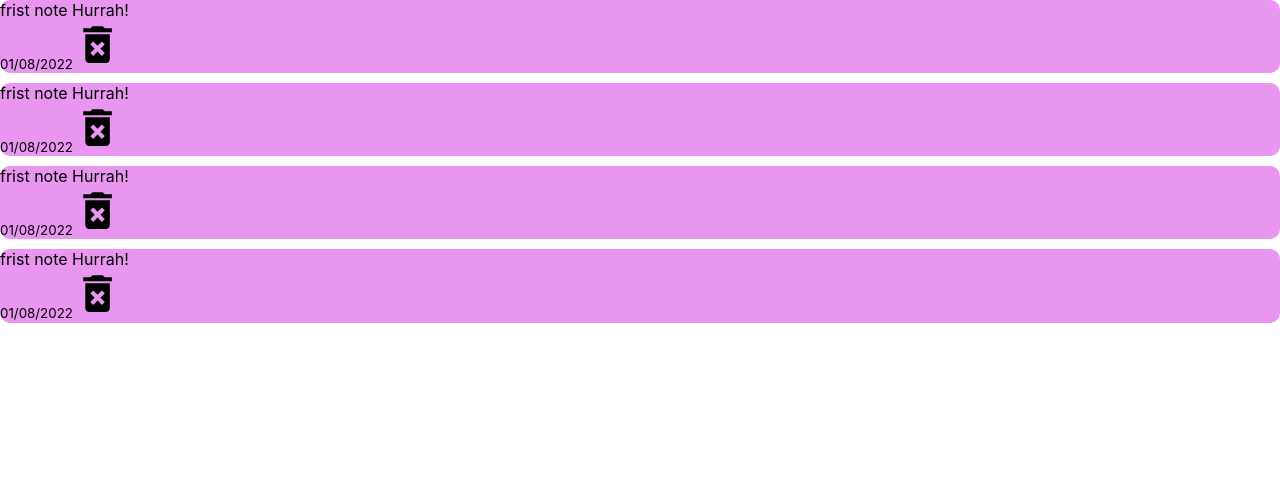
Repository: DeraBola/react-notes-app
Page: /
These files come from the project's save history. The page is drawn as it stood at one moment and after the next save; the edit follows.
The browser window is 1280 px wide. The pictures show the whole page.
The project was rebuilt for these pictures with package versions that can differ from the ones it lists, and the page was loaded fresh each time.

Above is the page before, as saved 2022-08-01 08:24:39.

After the next save:
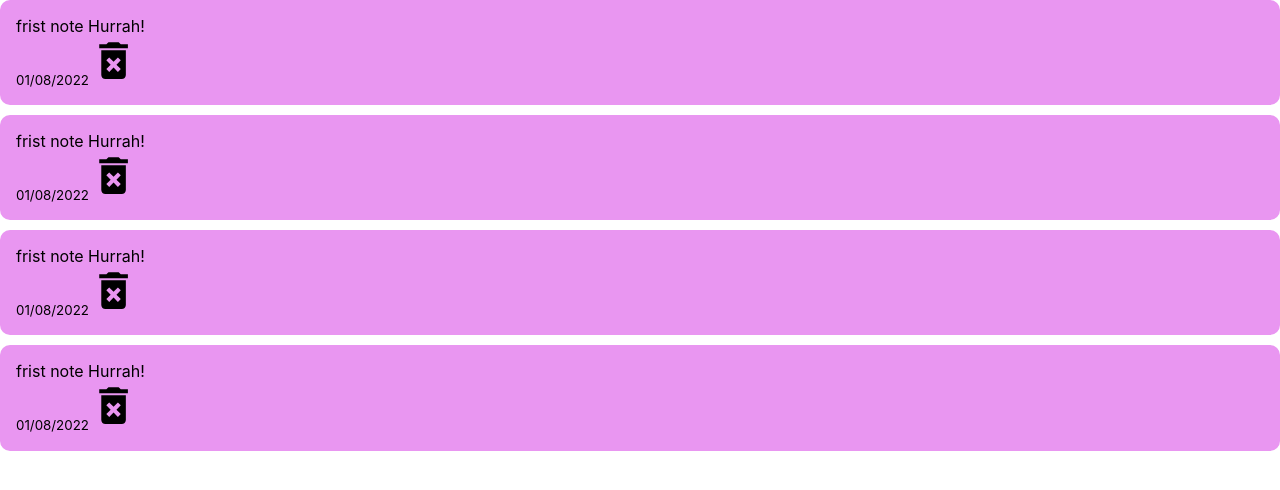
Saved 14 s later.
--- a/src/index.css
+++ b/src/index.css
@@ -13,5 +13,5 @@ code {
     background-color: #e996f1;
     margin-bottom: 10px;
     border-radius: 10px;
-    p
+    padding: 1rem;
 }
